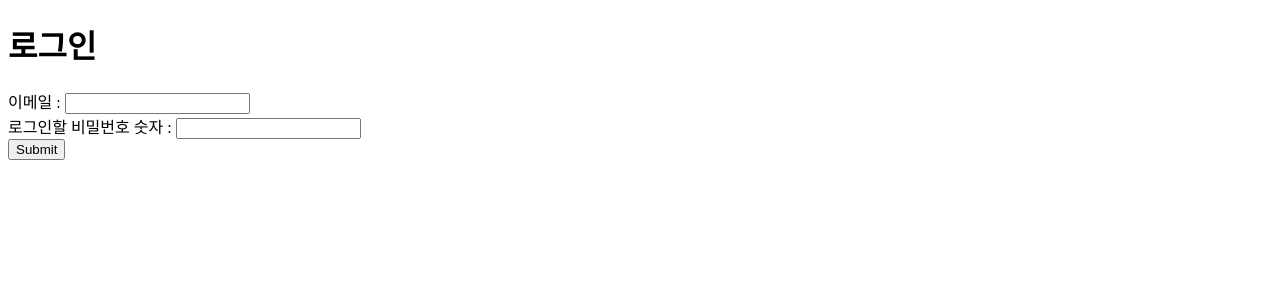
Repository: 2Mihye/servlet-jsp-workspace
Page: http://localhost/login_logout/login.jsp
These files come from the project's save history. The page is drawn as it stood at one moment and after the next save; the edit follows.
The browser window is 1280 px wide. The pictures show the whole page.
The page is served by Tomcat 9. Other server files are loaded and not shown.

Above is the page before, as saved 2023-11-08 01:33:17.

### login_logout/src/main/webapp/login.jsp
<%@ page language="java" contentType="text/html; charset=EUC-KR"
    pageEncoding="EUC-KR"%>
<!DOCTYPE html>
<html>
	<head>
		<meta charset="EUC-KR">
		<title>로그인</title>
	</head>
	<body>
		<h1>로그인</h1>
		<form action="LoginServlet" method="post">
			<label for="memail"> 이메일 : </label>
			<input type="email" id="memail" name="memail" required><br>

			<label for="mno">로그인할 비밀번호 숫자 : </label>
			<input type="password" id="mno" name="mno" required><br>

			<input type="submit" vqlue="로그인">
		</form>
	</body>
</html>

After the next save:
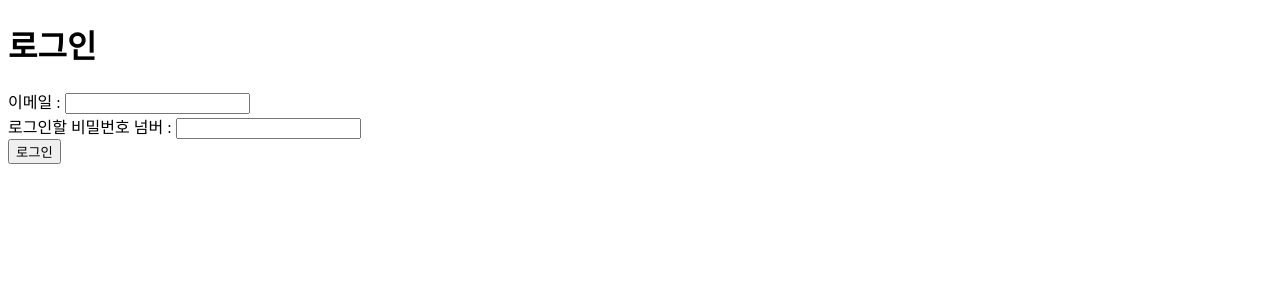
Saved 4 min 20 s later.
--- a/login_logout/src/main/webapp/login.jsp
+++ b/login_logout/src/main/webapp/login.jsp
@@ -7,15 +7,15 @@
 		<title>로그인</title>
 	</head>
 	<body>
-		<h1>로그인</h1>
-		<form action="LoginServlet" method="post">
-			<label for="memail"> 이메일 : </label>
+		<h1> 로그인 </h1>
+		<form action = "LoginServlet" method="post">
+			<label for="meail"> 이메일 : </label>
 			<input type="email" id="memail" name="memail" required><br>
 
-			<label for="mno">로그인할 비밀번호 숫자 : </label>
+			<label for = "mno">로그인할 비밀번호 넘버 : </label>
 			<input type="password" id="mno" name="mno" required><br>
 
-			<input type="submit" vqlue="로그인">
+			<input type="submit" value="로그인">
 		</form>
 	</body>
 </html>
